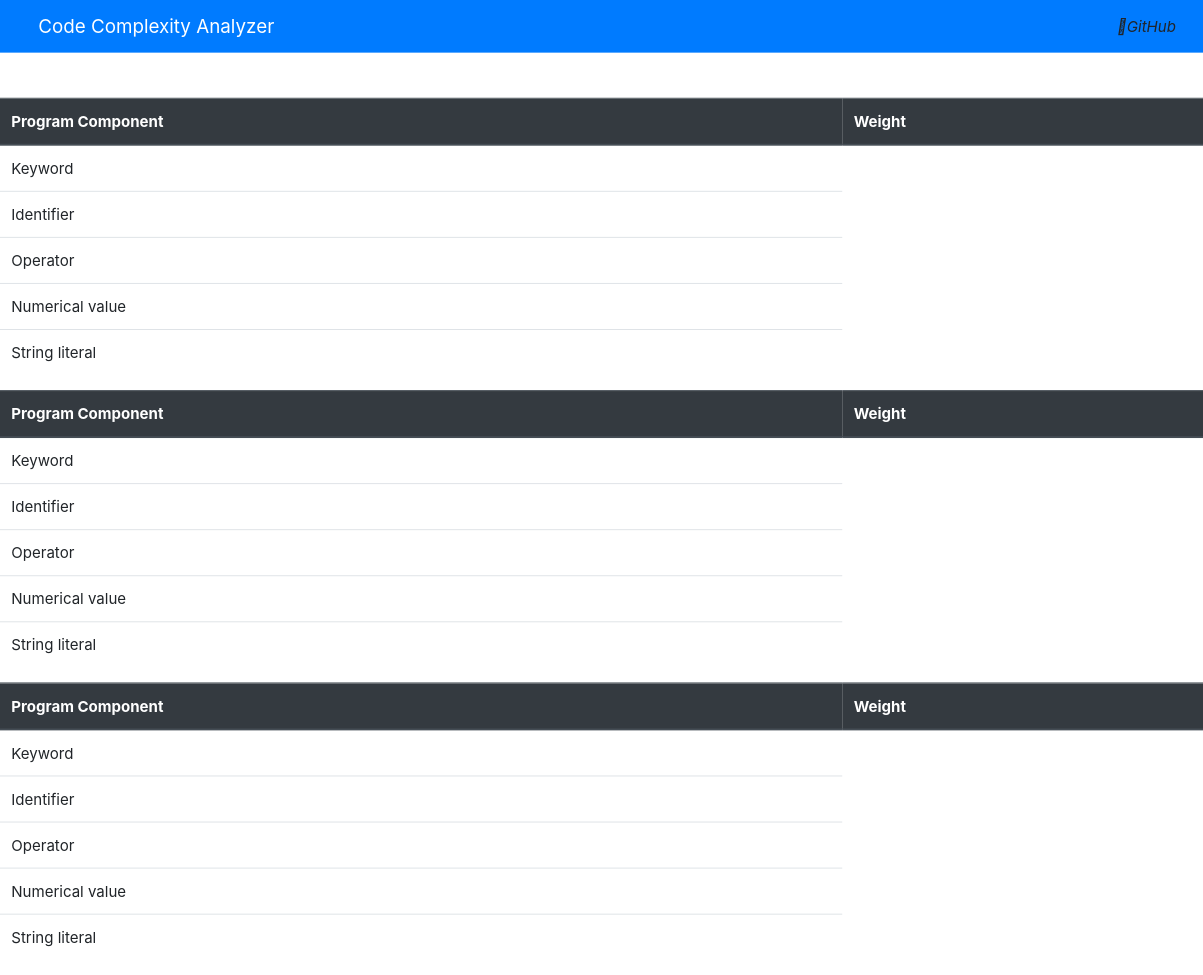
Repository: DinuwanB/Code-Complexity-Analyzer
Page: http://localhost/ITPM/Weight.jsp
The author's editor kept a copy of each file at every save. The page is drawn from the files as they stood at one save, then again after the next save.
The browser window is 1280 px wide. The pictures show the whole page, at 94% of full size.
The page is served by Tomcat 9.

Above is the page before, as saved 2020-05-21 12:45:24.

After the next save:
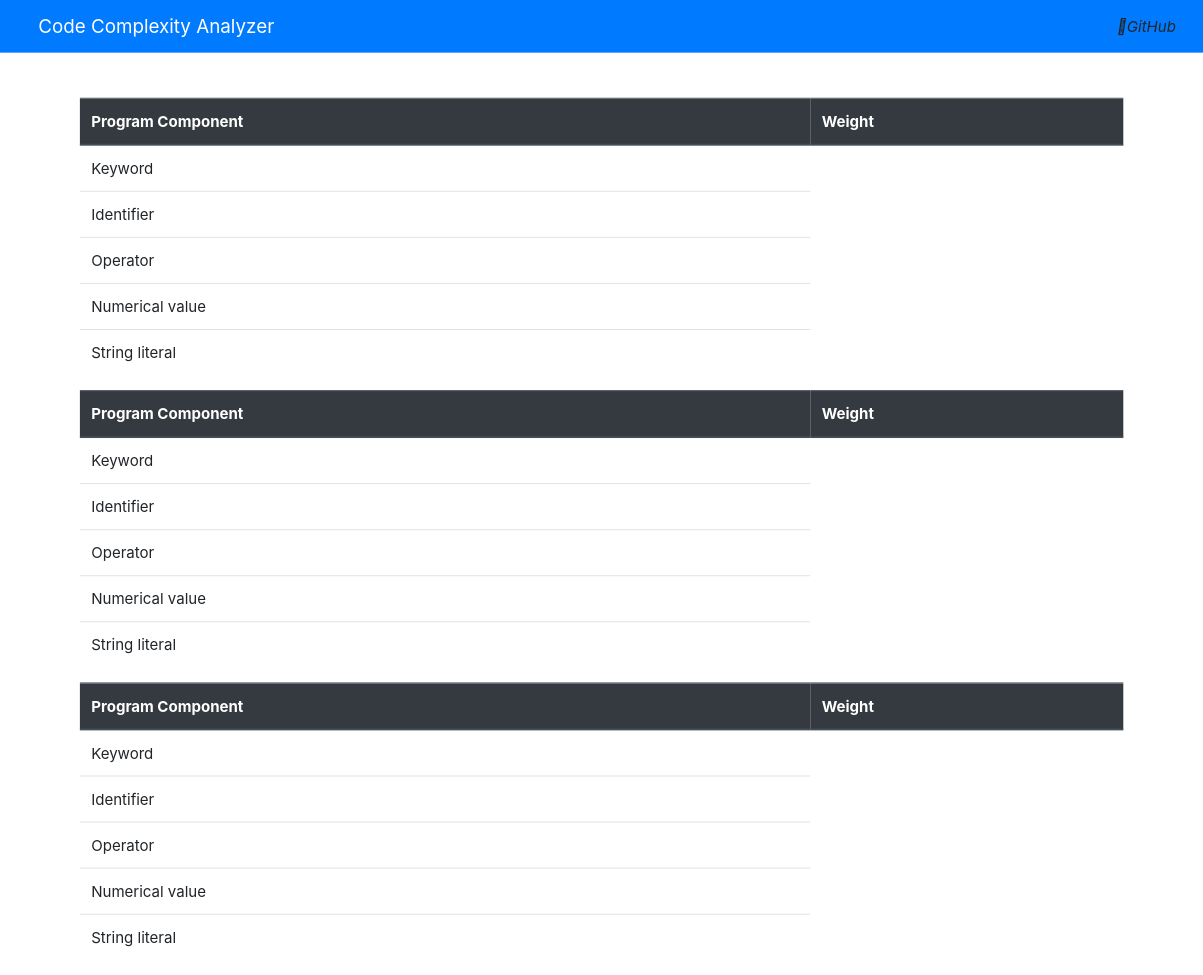
Saved 14 min 5 s later.
--- a/ITPM/src/main/webapp/Weight.jsp
+++ b/ITPM/src/main/webapp/Weight.jsp
@@ -27,6 +27,8 @@
 	</nav>
 	<br>
 	<br>
+	<form action="upload" method="POST" enctype="multipart/form-data">
+			<div class="container">
 	<table class="table">
   <thead class="thead-dark">
     <tr>
@@ -102,5 +104,7 @@
     </tr>
   </tbody>
 </table>
+</div>
+		</form>
 </body>
 </html>
